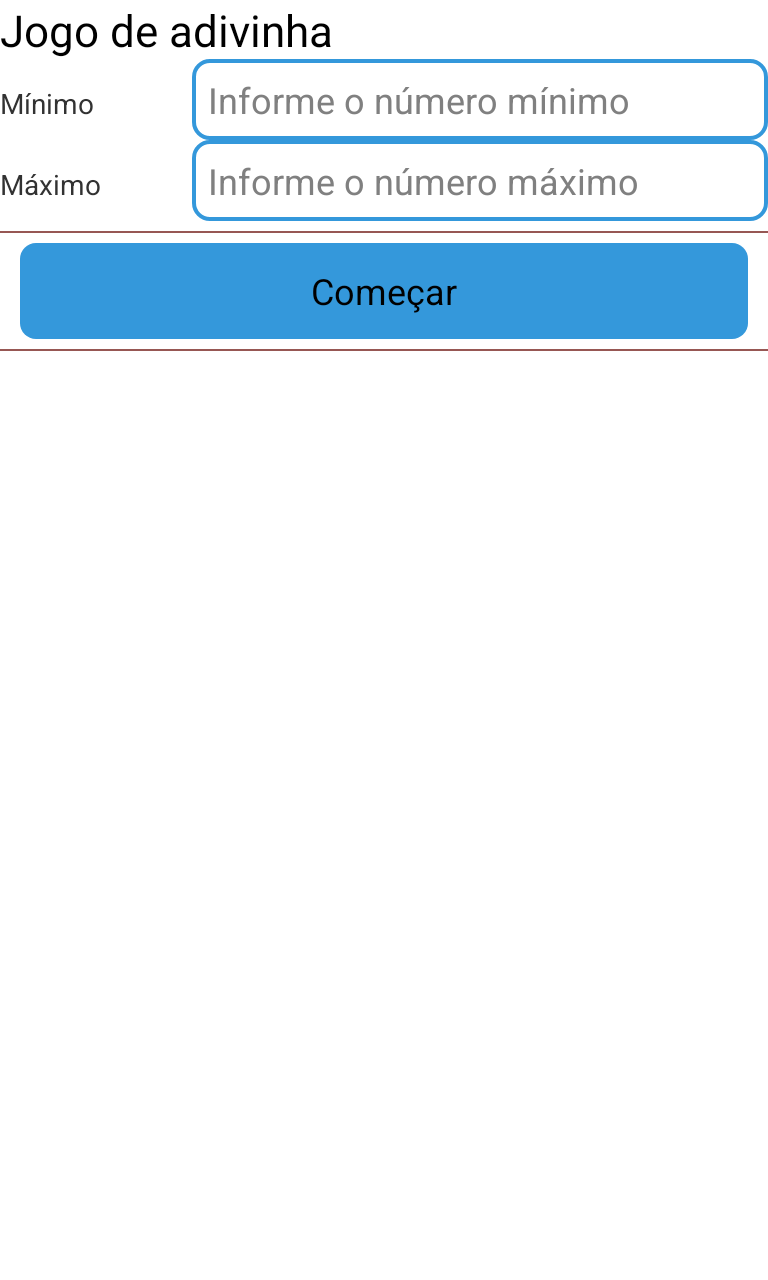
Repository: gokugohan/ddm
Layout: JogoDeAdivinha/res/layout/activity_inicial.xml
These files come from the project's save history. The layout is drawn as it stood at one moment and after the next save; the edit follows.
It is drawn on a 768 x 1280 px phone screen (xhdpi) without system bars, with theme AppTheme; the app's code is not run.

Above is the layout before, as saved 2014-11-07 11:37:47.

After the next save:
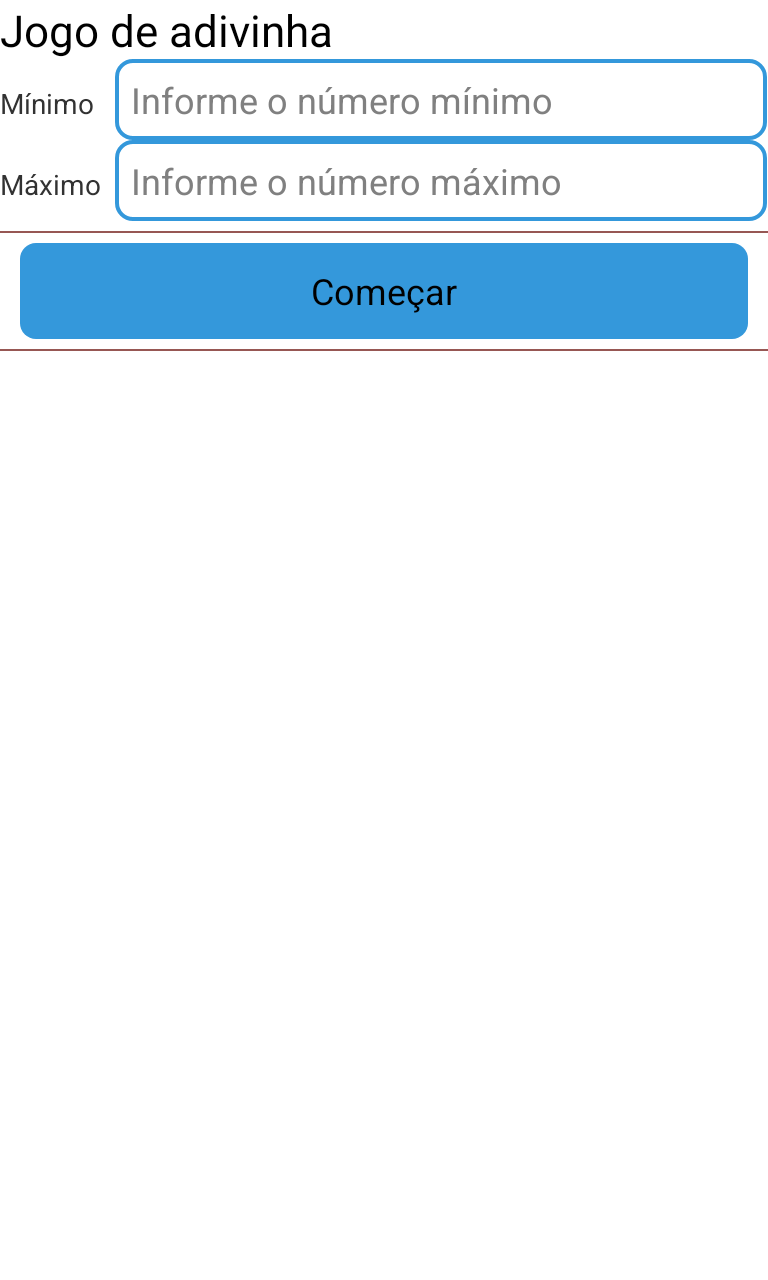
Saved 24 s later.
--- a/JogoDeAdivinha/res/layout/activity_inicial.xml
+++ b/JogoDeAdivinha/res/layout/activity_inicial.xml
@@ -19,14 +19,14 @@
 
         <TextView android:layout_width="0dp"
             android:layout_height="wrap_content"
-            android:layout_weight="0.5"
+            android:layout_weight="0.3"
             android:textSize="14sp"
             android:text="@string/str_min"/>
 
         <EditText
             android:id="@+id/id_et_min"
             android:layout_width="0dp"
-            android:layout_weight="1.5"
+            android:layout_weight="1.7"
             android:layout_height="wrap_content"
             android:background="@drawable/custom_edittext"
             android:hint="@string/str_info_min"
@@ -42,14 +42,14 @@
 
         <TextView android:layout_width="0dp"
             android:layout_height="wrap_content"
-            android:layout_weight="0.5"
+            android:layout_weight="0.3"
             android:textSize="14sp"
             android:text="@string/str_max"/>
 
         <EditText
             android:id="@+id/id_et_max"
             android:layout_width="0dp"
-            android:layout_weight="1.5"
+            android:layout_weight="1.7"
             android:layout_height="wrap_content"
             android:background="@drawable/custom_edittext"
             android:hint="@string/str_info_max"
